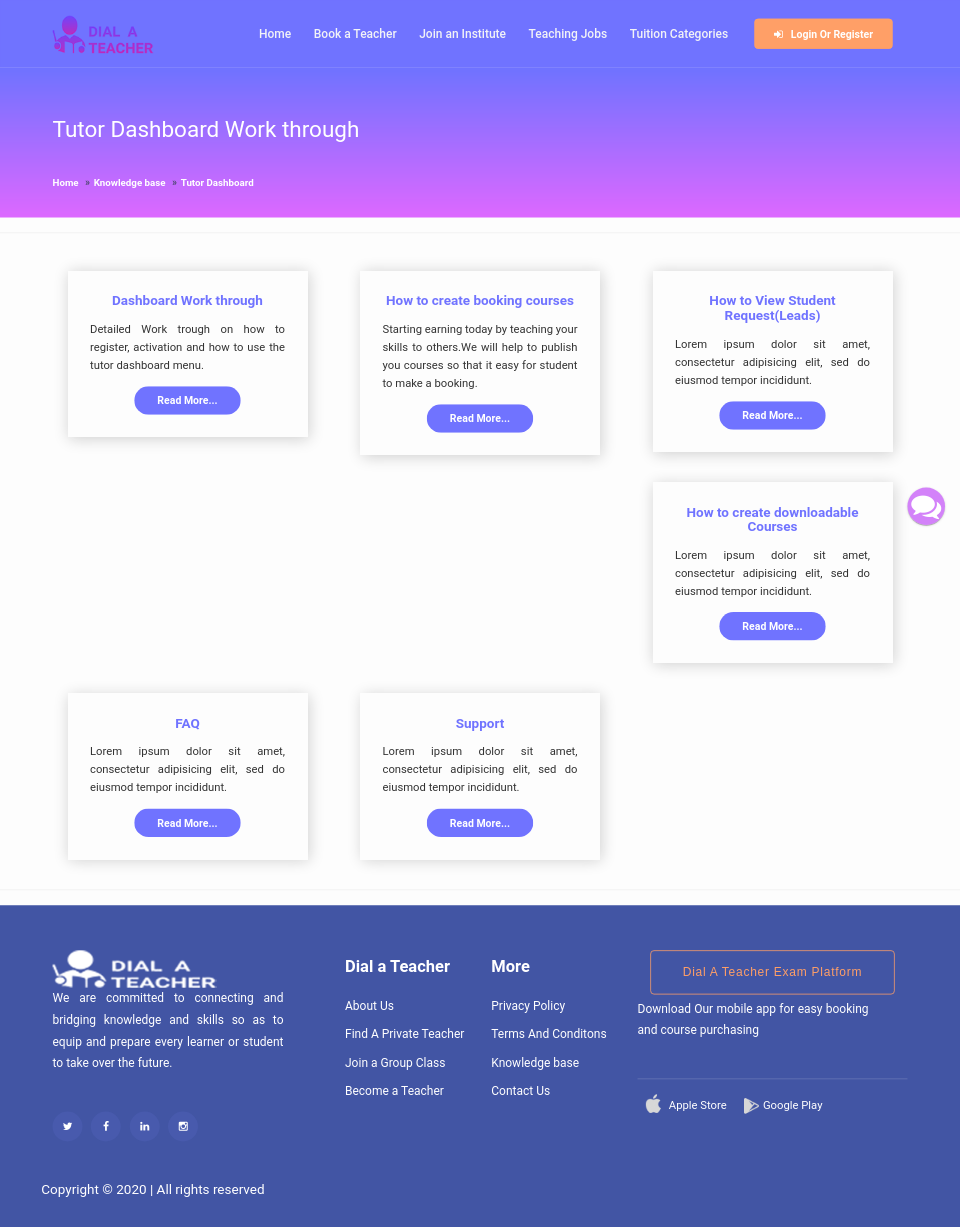
Repository: Samkiroko/DAT_knowledge
Page: knowledge_base/ttdashboard.html
The author's editor kept a copy of each file at every save. The page is drawn from the files as they stood at one save, then again after the next save.
The browser window is 1280 px wide. The pictures show the whole page, at 75% of full size.

Above is the page before, as saved 2020-12-17 10:03:32.
Console error: TypeError: e.indexOf is not a function

After the next save:
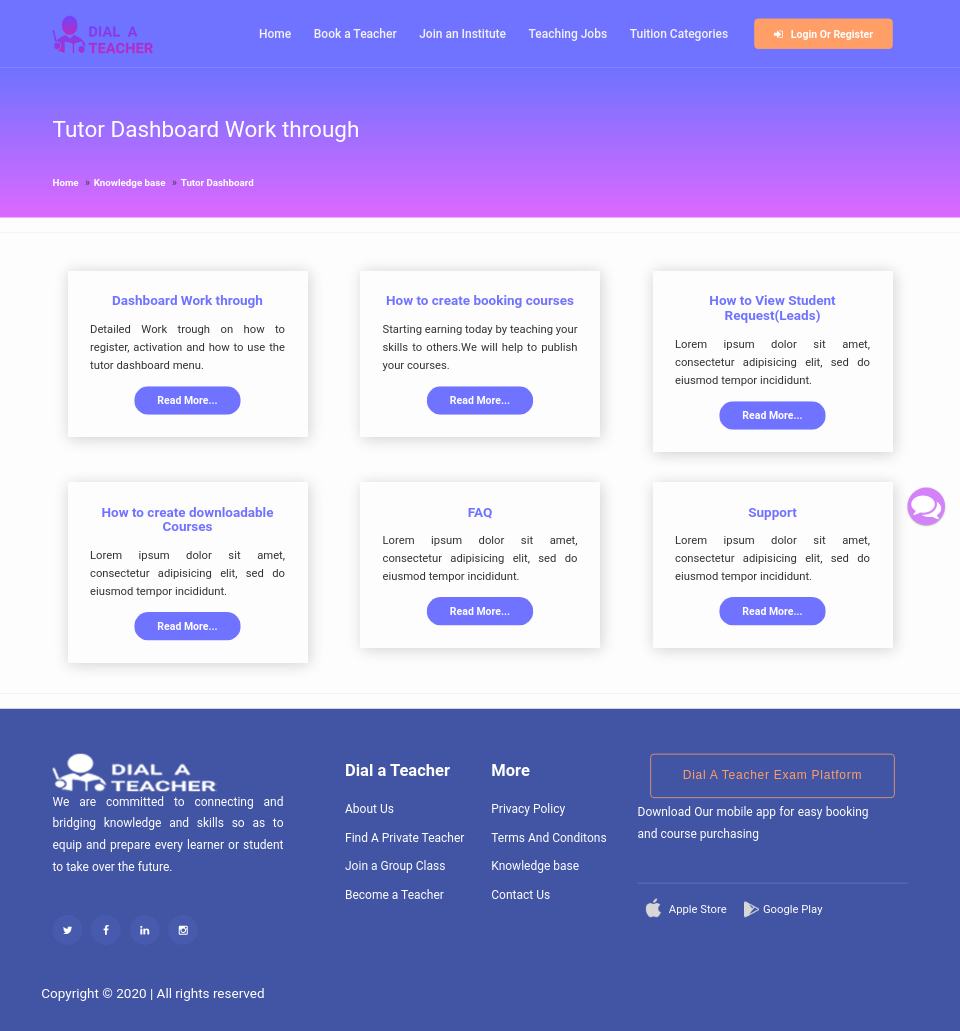
Saved 22 s later.
--- a/knowledge_base/ttdashboard.html
+++ b/knowledge_base/ttdashboard.html
@@ -142,7 +142,7 @@
             <a href="category.html" class="mwb-documentation-section__lists overflow" data-aos="flip-up">
               <h3>How to create booking courses</h3>
               <p>Starting earning today by teaching your skills to others.We will help
-                to publish you courses so that it easy for student to make a booking.</p>
+                to publish your courses.</p>
               <button type="button" class="mwb-primary-btn mwb-documentation-section__btn">Read
                 more...</button>
             </a>
